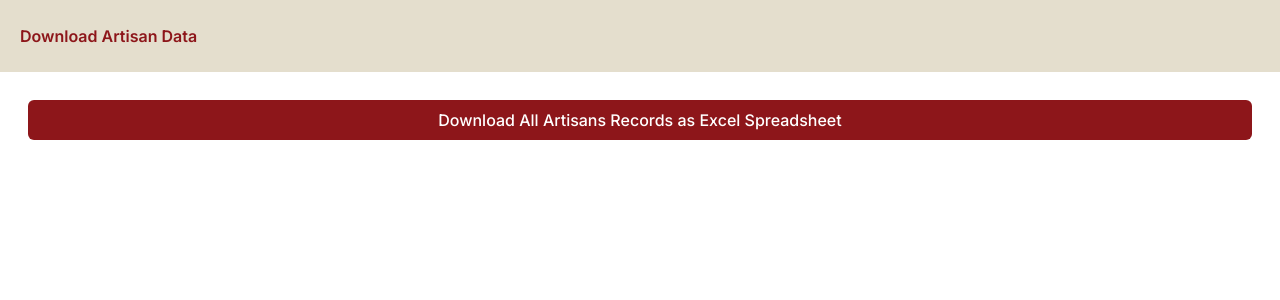
Repository: marcusdashe/artisanindex_frontend
Page: /components/DownloadDataScreen
The author's editor kept a copy of each file at every save. The page is drawn from the files as they stood at one save, then again after the next save.
The browser window is 1280 px wide. The pictures show the whole page.
The project was rebuilt for these pictures with package versions that can differ from the ones it lists, and the page was loaded fresh each time. The framework's server and built-in components were replaced by stand-ins that run in the browser. Also part of the build but not shown: next.config.js.

Above is the page before, as saved 2023-03-13 14:47:53.

### pages/_app.js
import "@/styles/globals.css";
import "core-js/stable";
import "regenerator-runtime/runtime";

export default function App({ Component, pageProps }) {
  return <Component {...pageProps} />;
}

### pages/_document.js
import { Html, Head, Main, NextScript } from "next/document";

export default function Document() {
  return (
    <Html lang="en">
      <Head>
        <link rel="preconnect" href="https://fonts.googleapis.com" />
        <link
          rel="preconnect"
          href="https://fonts.gstatic.com"
          crossOrigin="true"
        />
        <link
          href="https://fonts.googleapis.com/css2?family=Inter:wght@100;200;300;400;500;600&display=swap"
          rel="stylesheet"
        />
      </Head>
      <body>
        <Main />
        <NextScript />
      </body>
    </Html>
  );
}

### pages/components/DownloadDataScreen.js
import React from "react";
import axios from "axios";
import FileSaver from "file-saver";

function DownloadDataScreen() {
  const fetchData = async () => {
    const response = await axios.get(
      `${process.env.NEXT_PUBLIC_BACKEND_BASE_URL}api/artisan/table/export`,
      { responseType: "blob" }
    );
    const file = new Blob([response.data], {
      type: "application/vnd.ms-excel",
    });
    FileSaver.saveAs(file, "artisans.xlsx"); // save file using FileSaver
  };

  const handleClick = () => {
    fetchData();
  };

  return (
    <div className="w-full h-[100vh]">
      <div className="w-full h-[10vh] bg-[#e4decd] font-bold flex items-center content-center justify-start text-[#8D161A] p-5">
        <h1>Download Artisan Data</h1>
      </div>
      <div className="w-full h-[90vh] p-4">
        <div className="w-full rounded-md p-3 flex flex-col">
          <button
            onClick={handleClick}
            type="submit"
            className="bg-[#8D161A] text-white rounded-md py-2 px-4 font-medium hover:hover:bg-[#4a3e3e] duration-500 focus:outline-none focus:ring-2 focus:ring-blue-500"
          >
            Download All Artisans Records as Excel Spreadsheet
          </button>
          <div className="w-full p-3"></div>
        </div>
      </div>
    </div>
  );
}

export default DownloadDataScreen;

### styles/globals.css
@tailwind base;
@tailwind components;
@tailwind utilities;

@layer base {
  html {
    font-family: "Inter", sans-serif;
  }
}

### tailwind.config.js
/** @type {import('tailwindcss').Config} */

module.exports = {
  content: [
    "./pages/**/*.{js,ts,jsx,tsx}",
    "./components/**/*.{js,ts,jsx,tsx}",
  ],
  theme: {
    extend: {},
  },
  plugins: [],
};

After the next save:
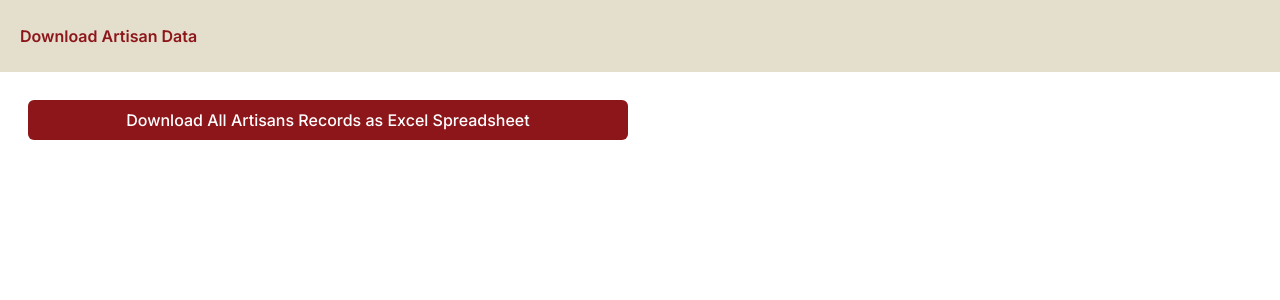
Saved 53 s later.
--- a/pages/components/DownloadDataScreen.js
+++ b/pages/components/DownloadDataScreen.js
@@ -24,7 +24,7 @@ function DownloadDataScreen() {
         <h1>Download Artisan Data</h1>
       </div>
       <div className="w-full h-[90vh] p-4">
-        <div className="w-full rounded-md p-3 flex flex-col">
+        <div className="w-[50%] rounded-md p-3 flex flex-col">
           <button
             onClick={handleClick}
             type="submit"
